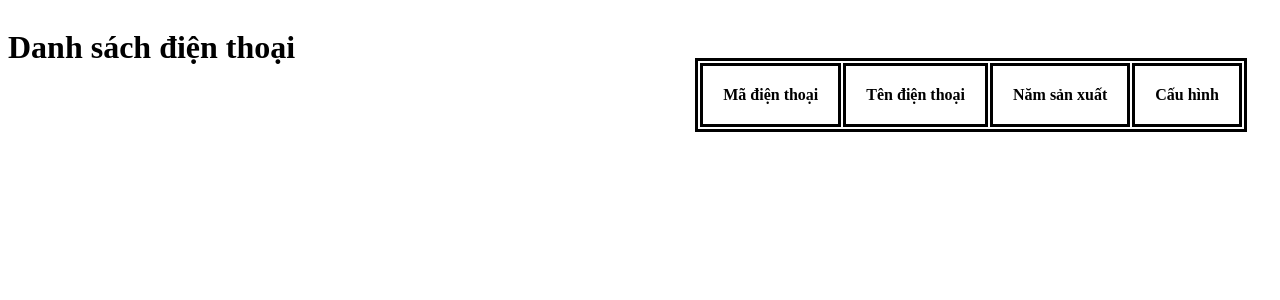
Repository: buikhacthang91042/Nam4_Ki1
Page: http://localhost/Tuan05/DanhSachDienThoaiNCC.jsp
The author's editor kept a copy of each file at every save. The page is drawn from the files as they stood at one save, then again after the next save.
The browser window is 1280 px wide. The pictures show the whole page.
The page is served by Tomcat 10. Nobody is signed in. The application's start-up code is not run. The template is opened directly, without the code that normally fills it, so the values that code supplies are empty.

Above is the page before, as saved 2024-10-10 12:00:10.

After the next save:
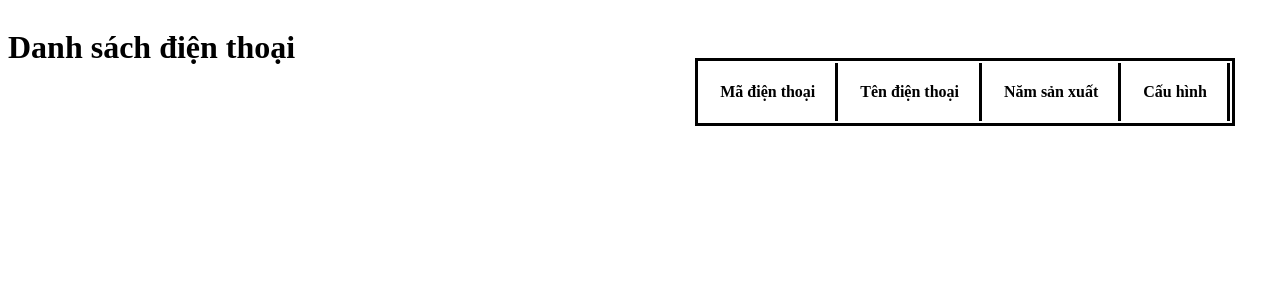
Saved 30 s later.
--- a/WWW/BuiKhacThang_21127151_Tuan05/Tuan05/src/main/webapp/DanhSachDienThoaiNCC.jsp
+++ b/WWW/BuiKhacThang_21127151_Tuan05/Tuan05/src/main/webapp/DanhSachDienThoaiNCC.jsp
@@ -21,7 +21,7 @@
 	}
 	th {
 		padding: 20px;
-		border: solid;
+		border-right: solid;
 	}
 	table{
 		border: solid;
